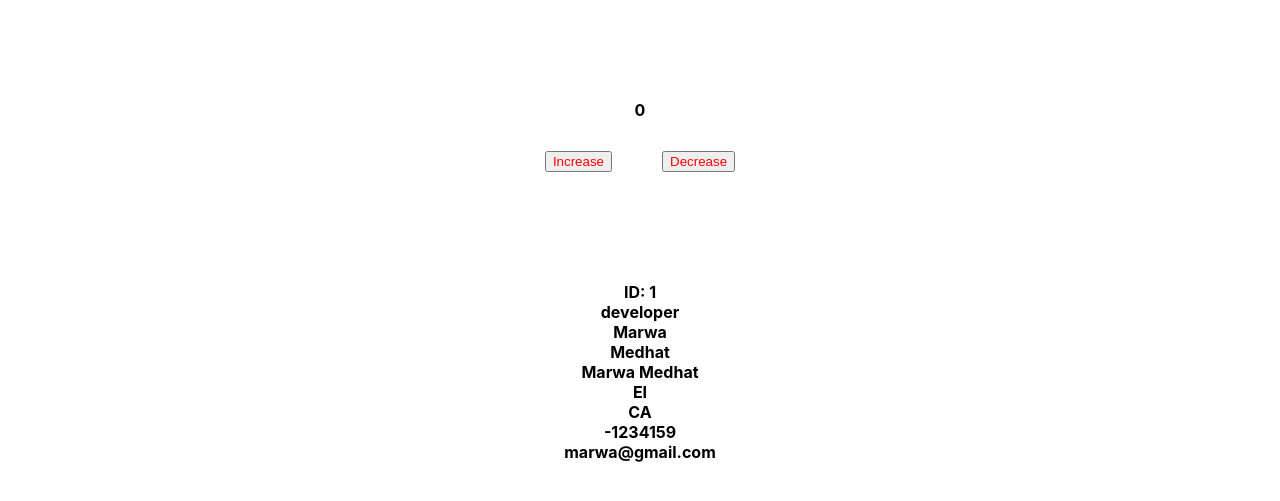
Repository: Marwa-Medhat/ReactJS-Labs
Page: / (app in myapp/)
These files come from the project's save history. The page is drawn as it stood at one moment and after the next save; the edit follows.
The browser window is 1280 px wide. The pictures show the whole page.
The project was rebuilt for these pictures with package versions that can differ from the ones it lists, and the page was loaded fresh each time.

Above is the page before, as saved 2021-04-25 20:01:56.

After the next save:
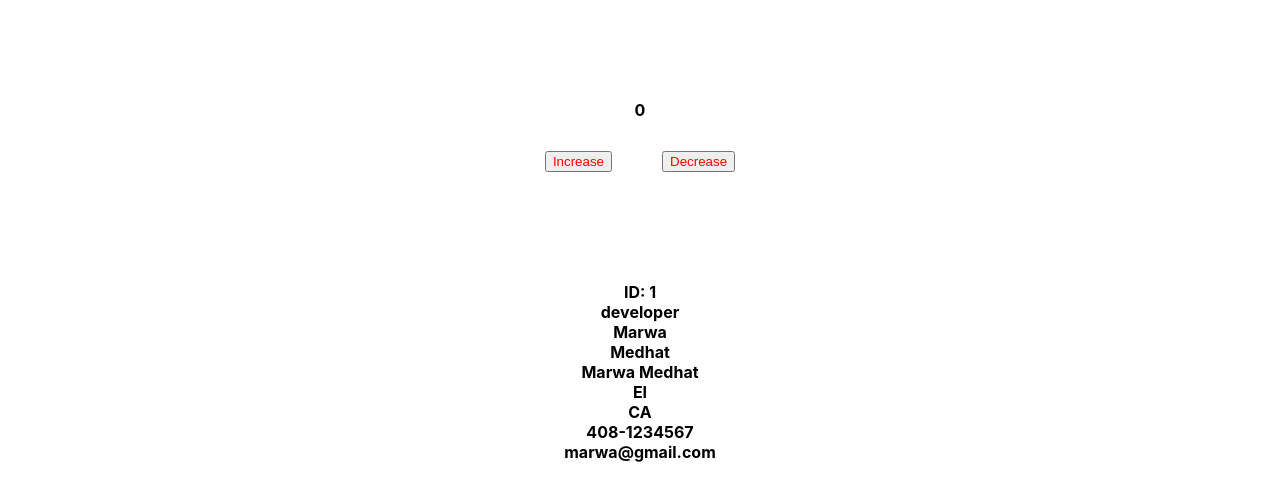
Saved 18 s later.
--- a/myapp/src/App.js
+++ b/myapp/src/App.js
@@ -47,7 +47,7 @@ import React, { Component } from 'react';
           PreferedFullName:"Marwa Medhat",
           employeeCode:"EI",
           region:"CA",
-          phoneNumber:408-1234567,
+          phoneNumber:"408-1234567",
           emailAddress:"marwa@gmail.com"
 
       }
